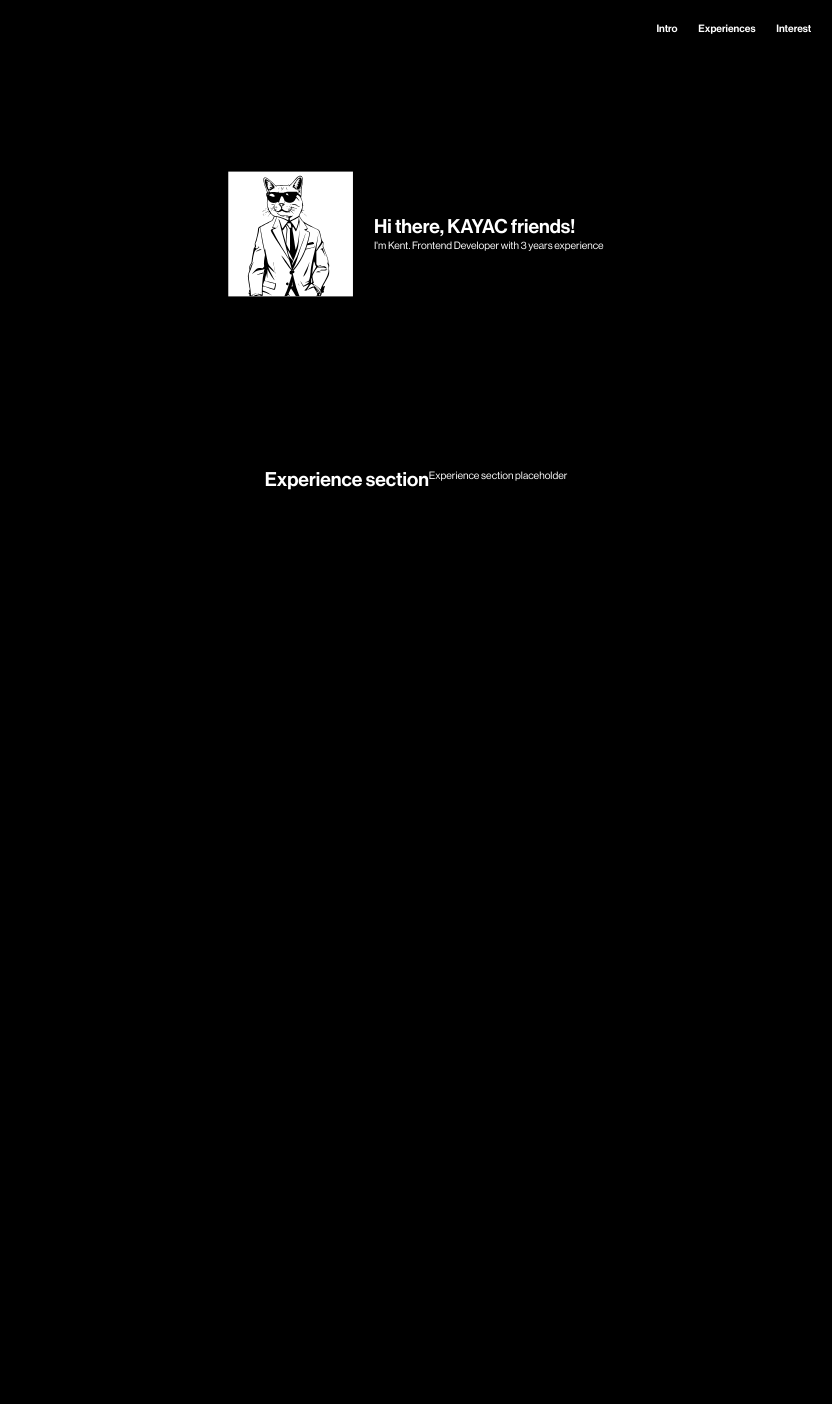
Repository: kentnathaniel/kayac-presentation
Page: /
The author's editor kept a copy of each file at every save. The page is drawn from the files as they stood at one save, then again after the next save.
The browser window is 1280 px wide. The pictures show the whole page, at 65% of full size.
The project was rebuilt for these pictures with package versions that can differ from the ones it lists, and the page was loaded fresh each time. Also part of the build but not shown: vite.config.ts.

Above is the page before, as saved 2024-09-14 09:23:13.

After the next save:
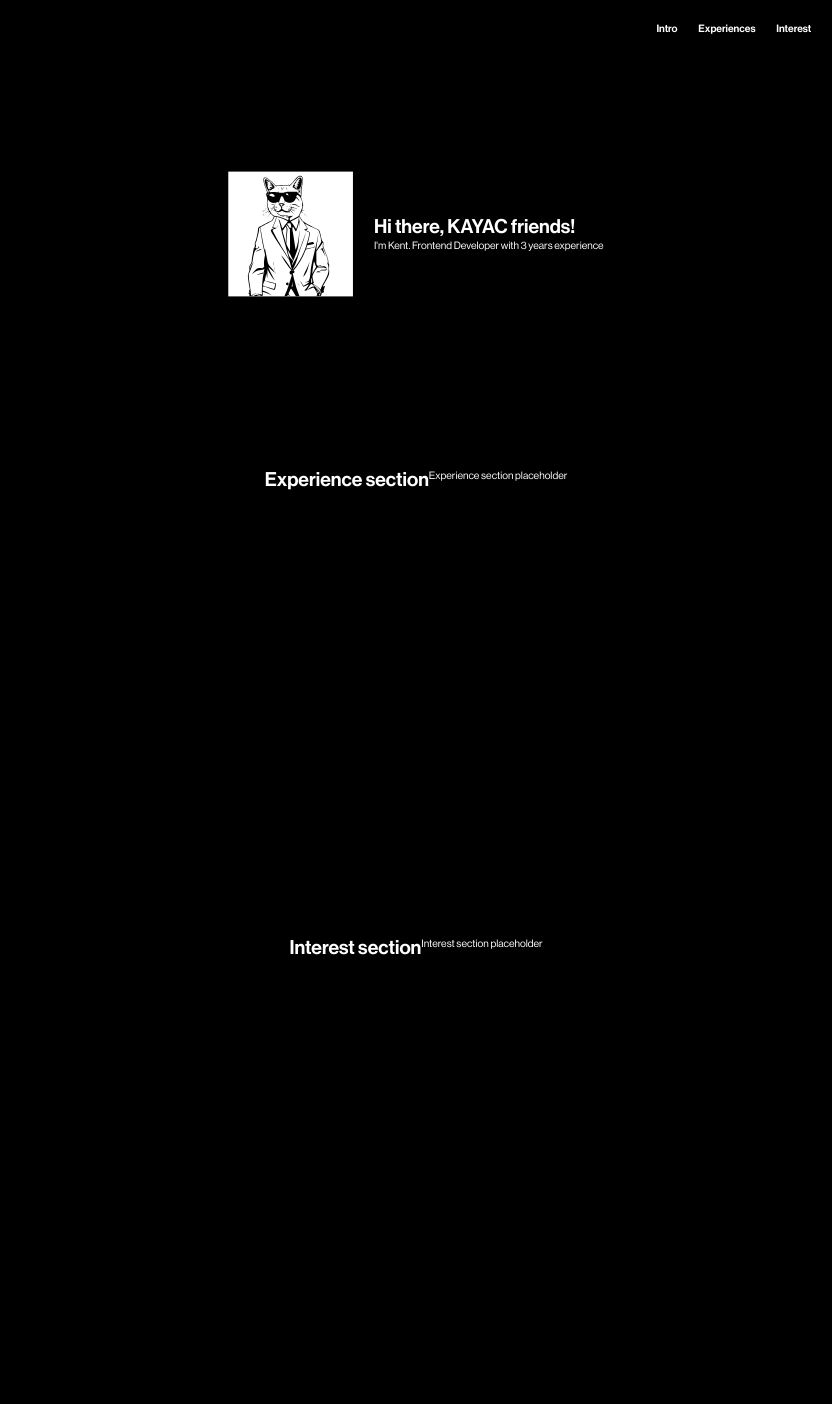
Saved 5 s later.
--- a/src/App.tsx
+++ b/src/App.tsx
@@ -29,8 +29,8 @@
       </div>
 
       <div className="flex justify-center h-screen overflow-x-hidden">
-        {/* <h1 className="text-3xl text-left">Interest section</h1>
-        <p className="font-thin">Interest section placeholder</p> */}
+        <h1 className="text-3xl text-left">Interest section</h1>
+        <p className="font-thin">Interest section placeholder</p>
       </div>
     </div>
   );
